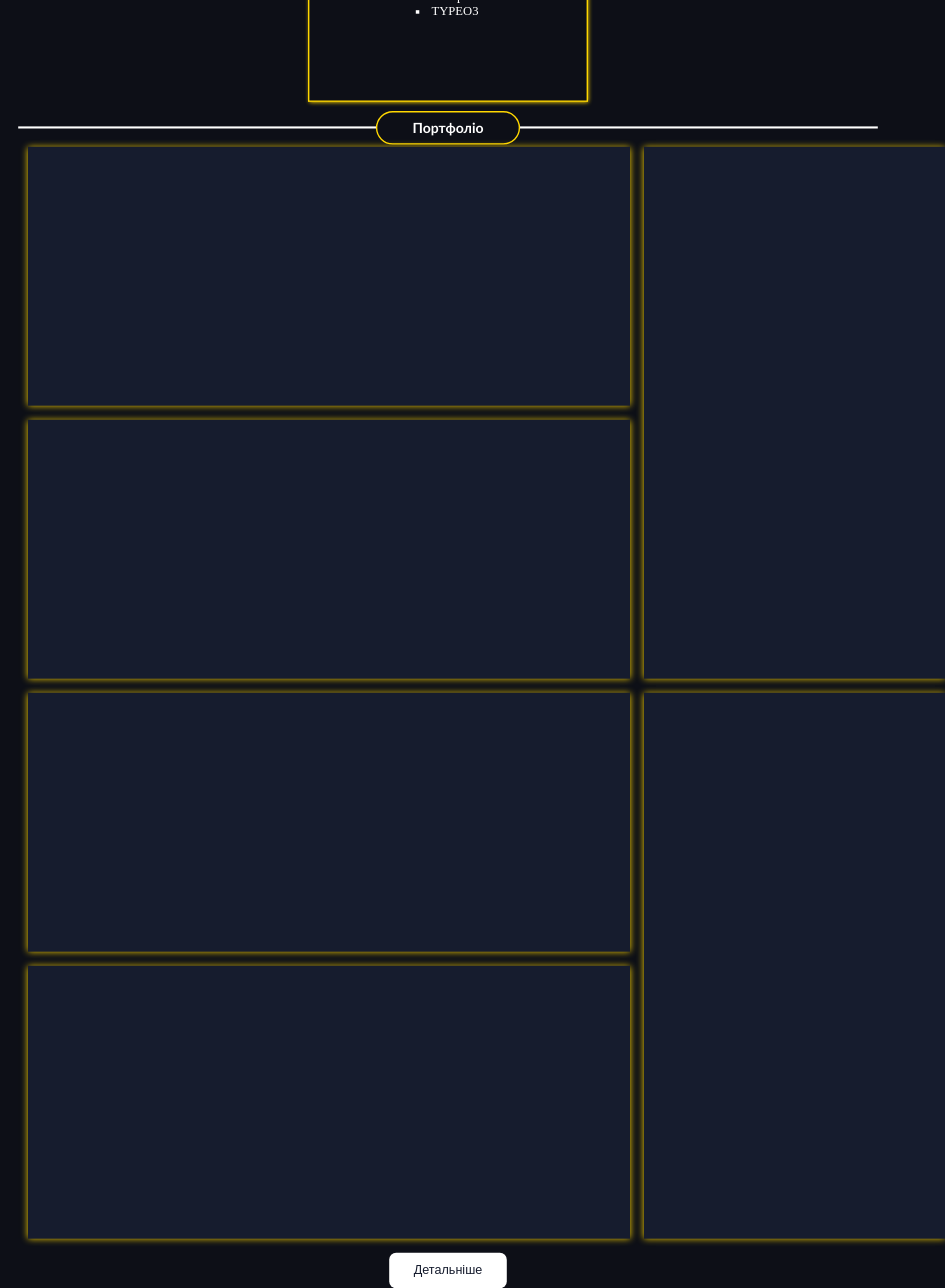
Repository: qtqqrdy13/cv-2
Page: index.html
These files come from the project's save history. The page is drawn as it stood at one moment and after the next save; the edit follows.
The browser window is 1280 px wide. The page is 1350 px wide, so the pictures cover 1350 px, including what lies to the right of the window. The pictures show the part of the page from y = 2772 to 4612 px (the page is 4612 px tall), at 70% of full size.
The pointer rests on the first visible `.details_btn button`.

Above is the page before, as saved 2023-10-09 18:09:36.

After the next save:
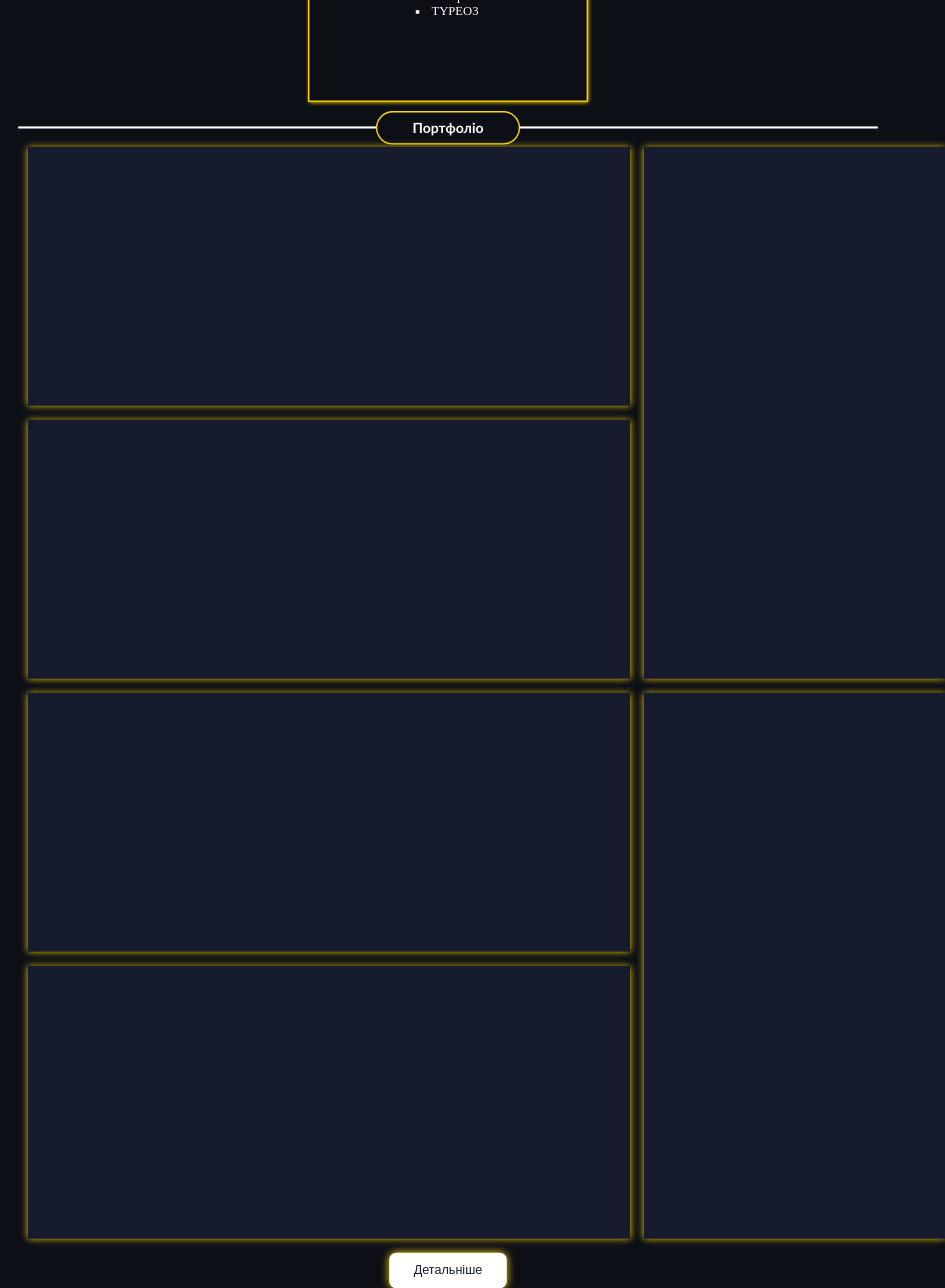
Saved 34 s later.
--- a/main.css
+++ b/main.css
@@ -478,5 +478,6 @@
     font-size:18px;
 }
 .details_btn button:hover {
-    box-shadow:0 0 12 gold;
-}
+    box-shadow:0 0 12px gold;
+
+}

After the save that followed:
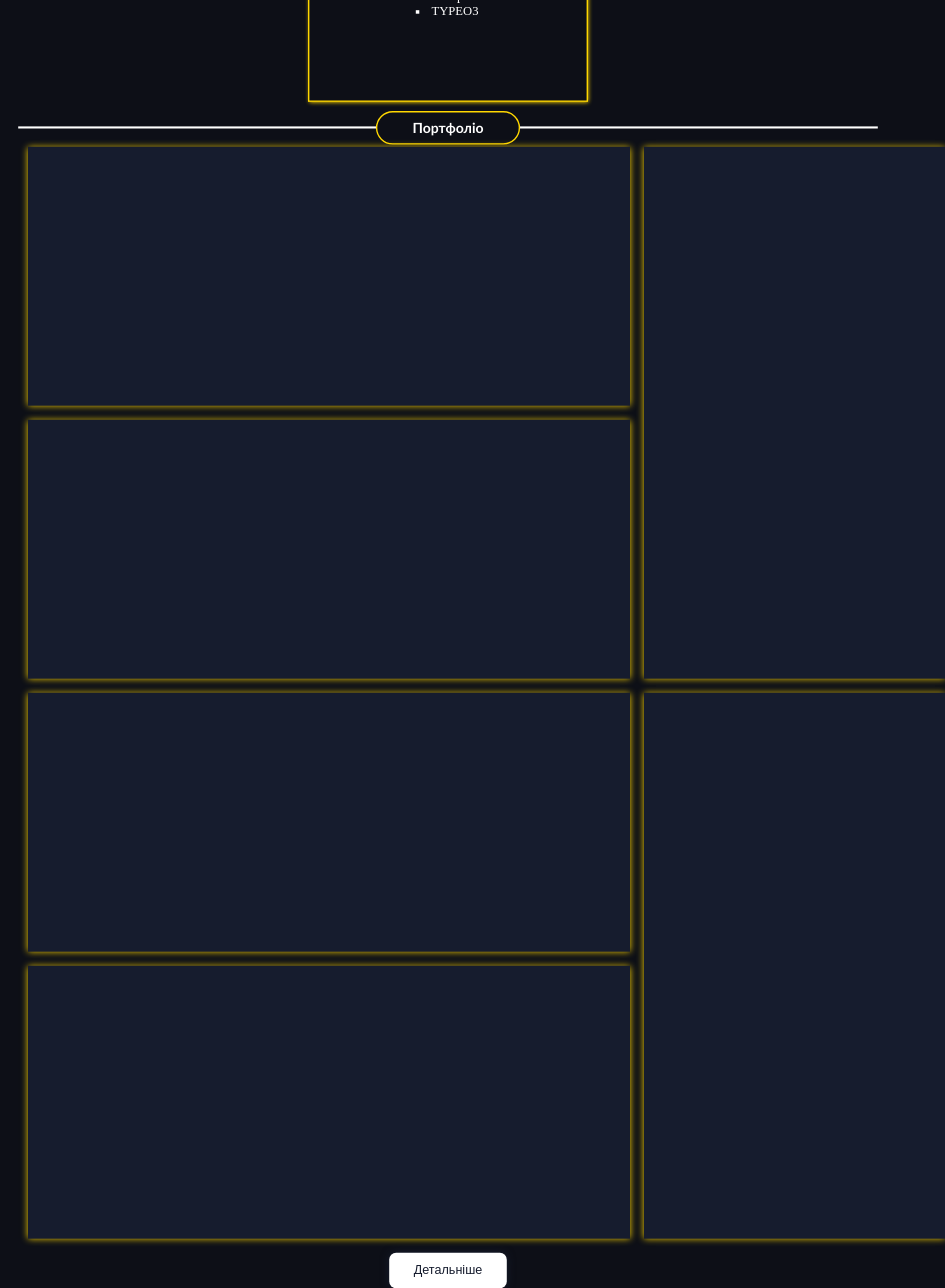
Saved 44 s later.
--- a/main.css
+++ b/main.css
@@ -478,6 +478,6 @@
     font-size:18px;
 }
 .details_btn button:hover {
-    box-shadow:0 0 12px gold;
-
-}
+    box-shadow:0 0 12px #161c2e;
+
+}
